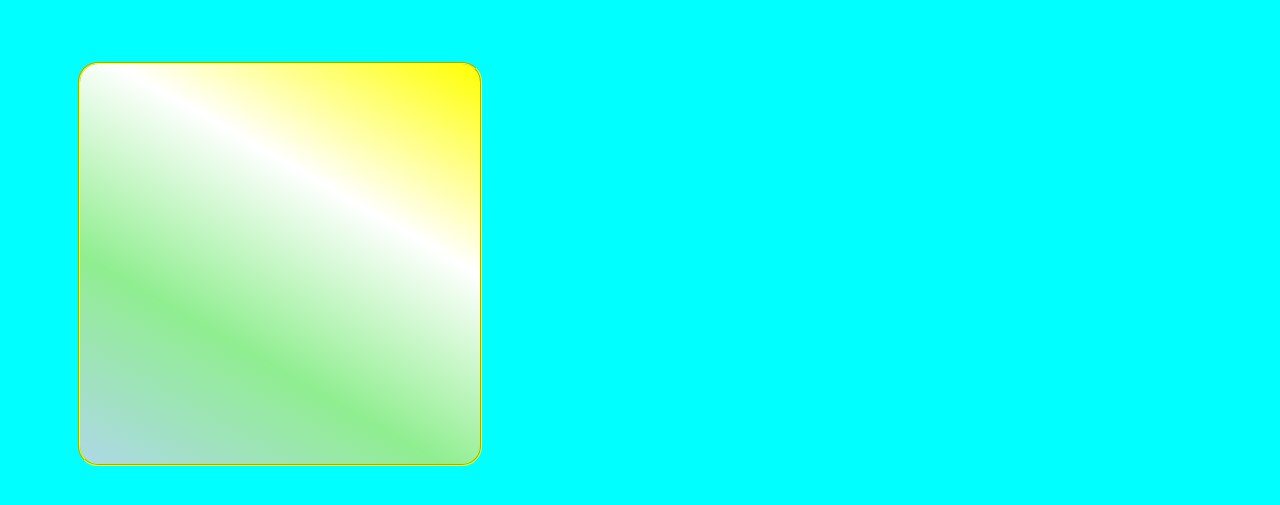
Repository: Amani-Kibet/express-app-web
Page: public/Card.html
The author's editor kept a copy of each file at every save. The page is drawn from the files as they stood at one save, then again after the next save.
The browser window is 1280 px wide. The pictures show the whole page.

Above is the page before, as saved 2025-09-25 21:09:20.

After the next save:
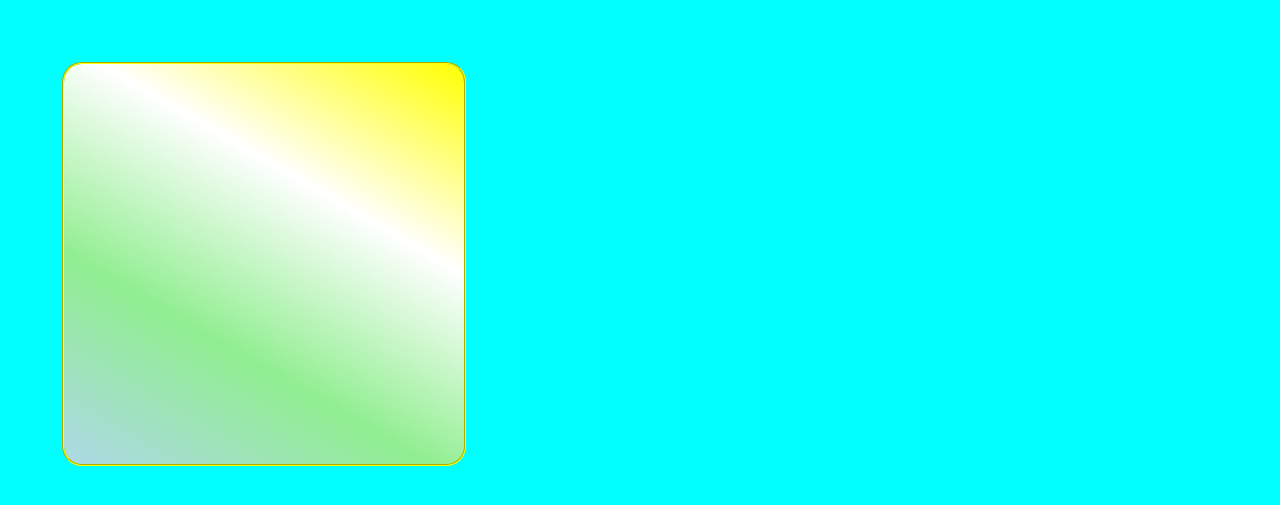
Saved 9 s later.
--- a/public/Card.html
+++ b/public/Card.html
@@ -10,7 +10,7 @@
     outline: 2px groove yellow;
     position: absolute;
     top: 4rem;
-    left: 5rem;
+    left: 4rem;
   }
   </style>
 </head>
